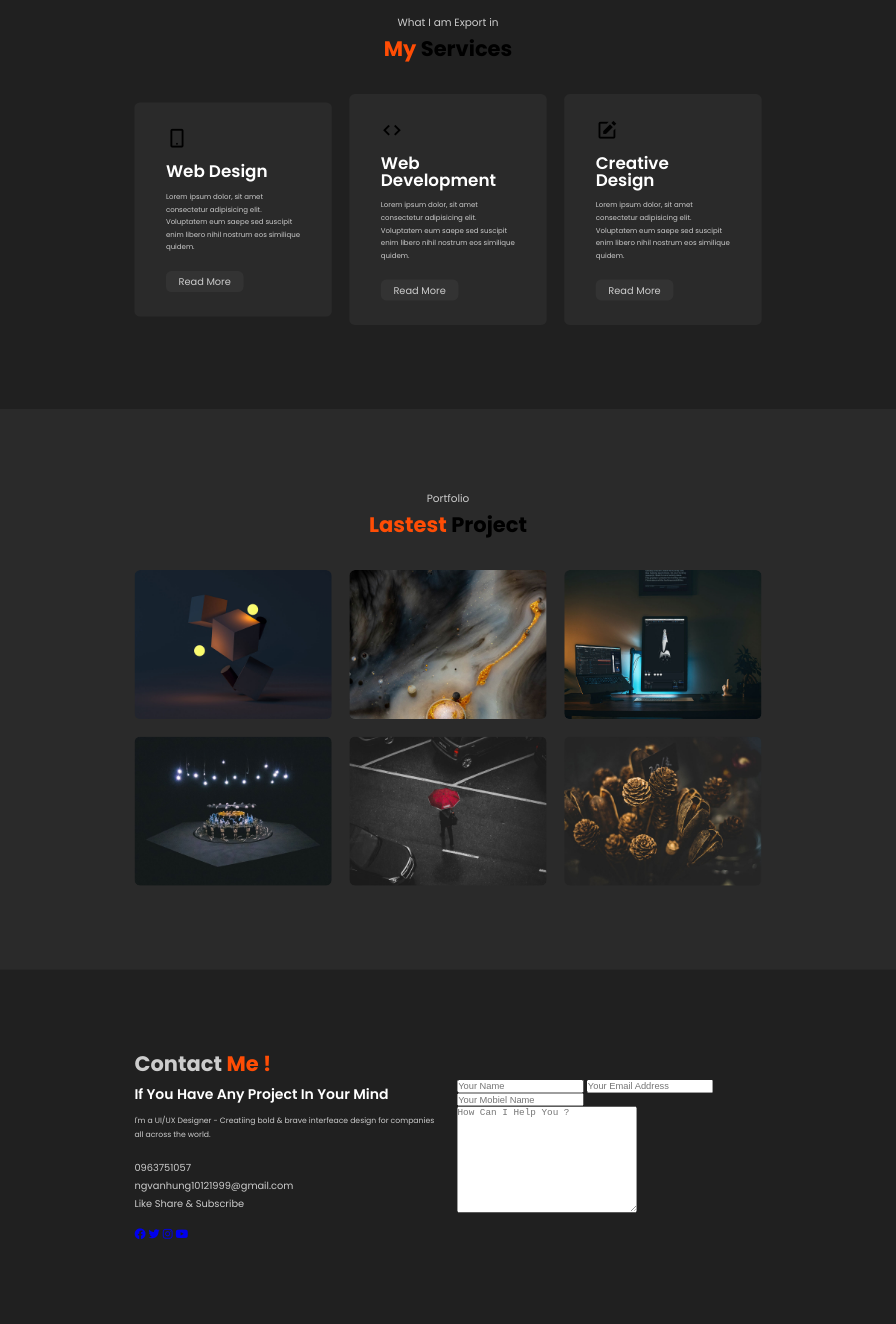
Repository: HungNg99/Protifolio2
Page: Portfolio/index.html
The author's editor kept a copy of each file at every save. The page is drawn from the files as they stood at one save, then again after the next save.
The browser window is 1280 px wide. The pictures show the part of the page from y = 1725 to 3645 px (the page is 3617 px tall before and 3645 px after), at 70% of full size.

Above is the page before, as saved 2022-12-12 15:51:07.

After the next save:
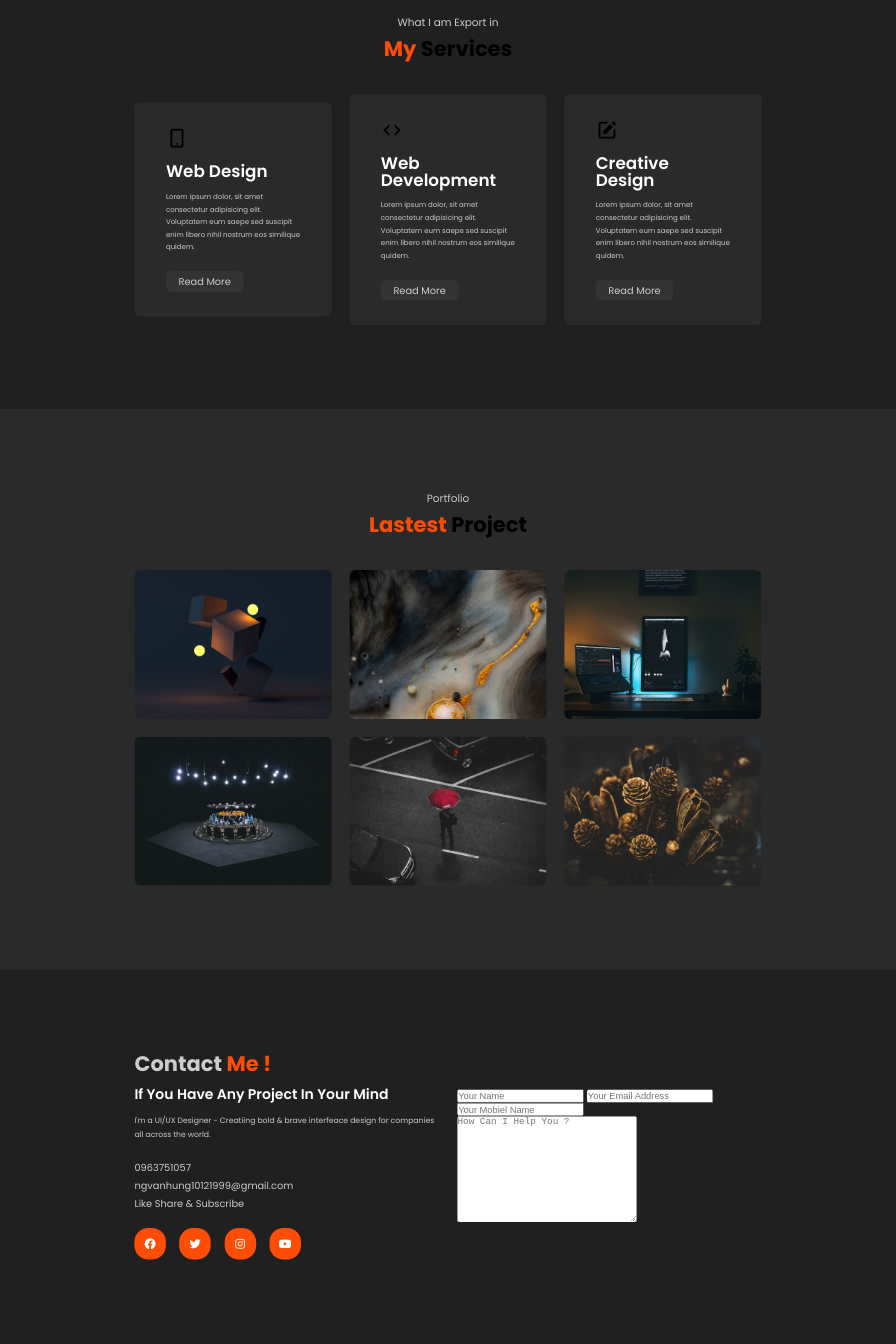
Saved 2 min 9 s later.
--- a/Portfolio/style.css
+++ b/Portfolio/style.css
@@ -387,3 +387,15 @@ header.sticky{
     color: var(--text-color);
     transform: translateX(5px);
 }
+.contact-icons i{
+    height: 45px;
+    width: 45px;
+    background-color: var(--main-color);
+    color: var(--text-color);
+    display: inline-flex;
+    justify-content: center;
+    align-items: center;
+    border-radius: 20px;
+    margin-right: 15px;
+    transition: all 0.45s ease;
+}
